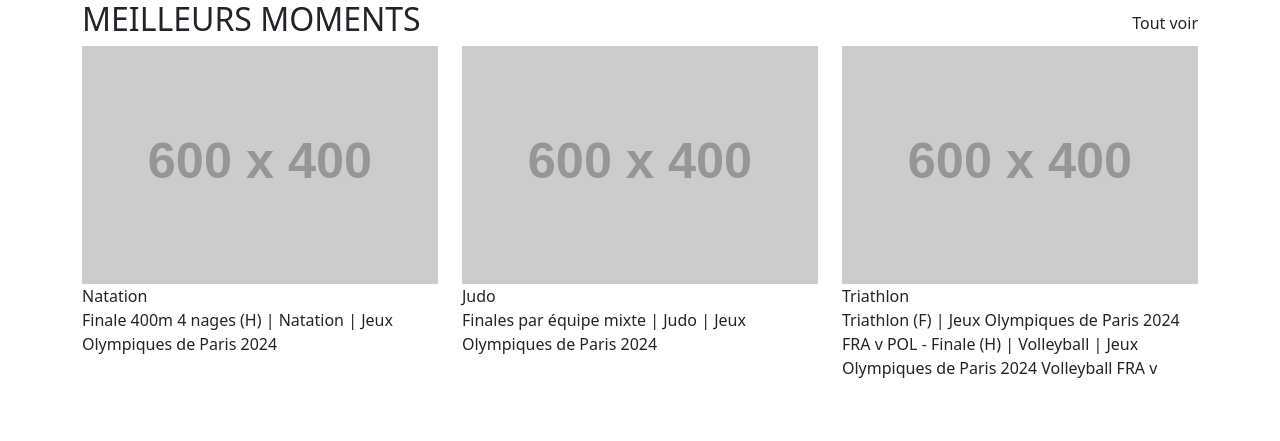
Repository: fbansept/ran3_24_jeu
Page: index.html
These files come from the project's save history. The page is drawn as it stood at one moment and after the next save; the edit follows.
The browser window is 1280 px wide. The pictures show the whole page.

Above is the page before, as saved 2024-10-14 15:49:33.

### index.html
<!DOCTYPE html>
<html lang="en">
  <head>
    <meta charset="UTF-8" />
    <meta name="viewport" content="width=device-width, initial-scale=1.0" />
    <title>Document</title>
    <link
      href="https://cdn.jsdelivr.net/npm/bootstrap@5.3.3/dist/css/bootstrap.min.css"
      rel="stylesheet"
      integrity="sha384-QWTKZyjpPEjISv5WaRU9OFeRpok6YctnYmDr5pNlyT2bRjXh0JMhjY6hW+ALEwIH"
      crossorigin="anonymous"
    />
    <link rel="stylesheet" href="styles.css" />

    <script
      defer
      src="https://cdn.jsdelivr.net/npm/bootstrap@5.3.3/dist/js/bootstrap.bundle.min.js"
      integrity="sha384-YvpcrYf0tY3lHB60NNkmXc5s9fDVZLESaAA55NDzOxhy9GkcIdslK1eN7N6jIeHz"
      crossorigin="anonymous"
    ></script>
  </head>
  <body class="container">
    <main>
      <section>
        <header>
          <h2>MEILLEURS MOMENTS</h2>
          <span>Tout voir</span>
        </header>
        <div class="row row-cols-1 row-cols-md-3">
          <article class="col">
            <div class="image">
              <img src="https://placehold.co/600x400" alt="" />
              <div class="bouton-play"></div>
            </div>
            <span class="label">Natation</span>
            <p>
              Finale 400m 4 nages (H) | Natation | Jeux Olympiques de Paris 2024
            </p>
          </article>

          <article class="col">
            <div class="image">
              <img src="https://placehold.co/600x400" alt="" />
              <div class="bouton-play"></div>
            </div>
            <span class="label">Judo</span>
            <p>
              Finales par équipe mixte | Judo | Jeux Olympiques de Paris 2024
            </p>
          </article>

          <article class="col">
            <div class="image">
              <img src="https://placehold.co/600x400" alt="" />
              <div class="bouton-play"></div>
            </div>
            <span class="label">Triathlon</span>
            <p>
              Triathlon (F) | Jeux Olympiques de Paris 2024 FRA v POL - Finale
              (H) | Volleyball | Jeux Olympiques de Paris 2024 Volleyball FRA v
            </p>
          </article>
        </div>
      </section>
    </main>
  </body>
</html>

### styles.css
main > section > div > article > .image > img {
  object-fit: cover;
  width: 100%;
}

main > section > header {
  display: flex;
  justify-content: space-between;
  align-items: center;
}

main > section > div > article > .image > .bouton-play::after {
  content:
}

After the next save:
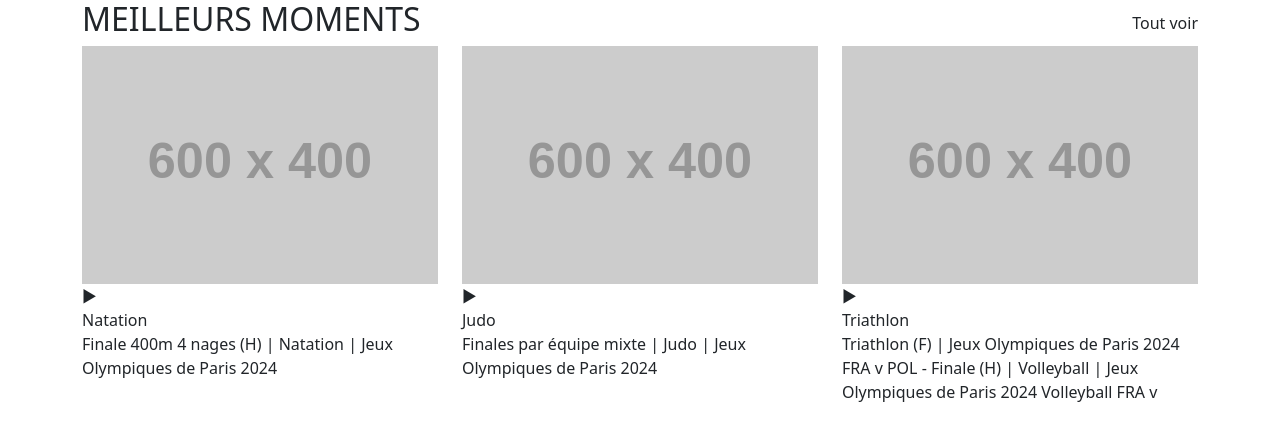
Saved 79 s later.
--- a/styles.css
+++ b/styles.css
@@ -10,5 +10,5 @@ main > section > header {
 }
 
 main > section > div > article > .image > .bouton-play::after {
-  content:
+  content: "\0025B6";
 }
